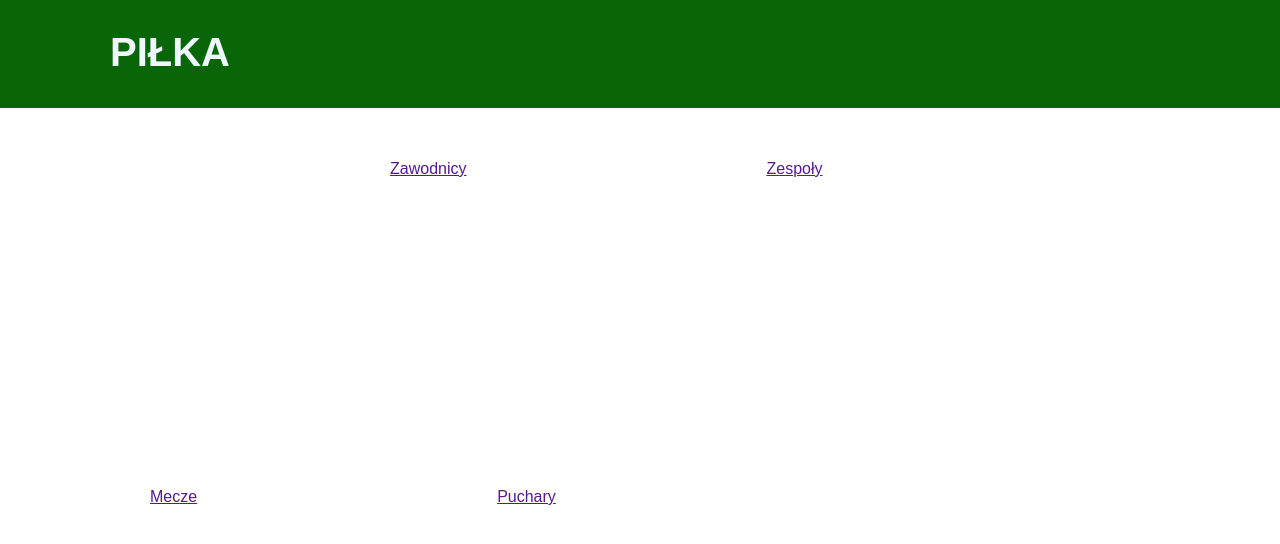
Repository: ZABA78/PAZW
Page: index.html
An editor plug-in stored every save of this project. The page is shown before and after the next save, followed by the edit.
The browser window is 1280 px wide. The pictures show the whole page.
Some web fonts or font styles are not loaded; a fallback is used.

Above is the page before, as saved 2023-10-17 14:04:57.

### index.html
<!DOCTYPE html>
<html lang="en">
<head>
    <meta charset="UTF-8">
    <meta http-equiv="X-UA-Compatible" content="IE=edge">
    <meta name="viewport" content="width=device-width, initial-scale=1.0">
    <link rel="stylesheet" href="style.css">
    <title>Piłka</title>
    <style>
        @import url('https://fonts.googleapis.com/css2?family=Tilt+Neon&display=swap');
        </style>
</head>
<body>
    <header>
        <!--<img src="pilka.png" alt="logo" class = "logo">--><h1>PIŁKA</h1>
        <nav>
            <a href="">Zawodnicy</a>
            <a href="">Zespoły</a>
            <a href="">Mecze</a>
            <a href="">Puchary</a>
        </nav>
    </header>
</body>
</html>

### style.css
*
{
    font-family: 'Tilt Neon', sans-serif;
    margin:0;
    padding: 0;
    box-sizing: border-box;

}
.logo
{
    height: 100vh;

}
h1
{
    padding: 10px;
    font-size: 40px;
    float: left;
    margin-left: 100px;
    margin-top: 20px;
}
header
{
    background-color: rgb(8, 102, 8);
    height: 15vh;
    color: aliceblue;
}
a
{
padding: 150px;
text-align: center;
margin-top: 10px;
float: left;
}

After the next save:
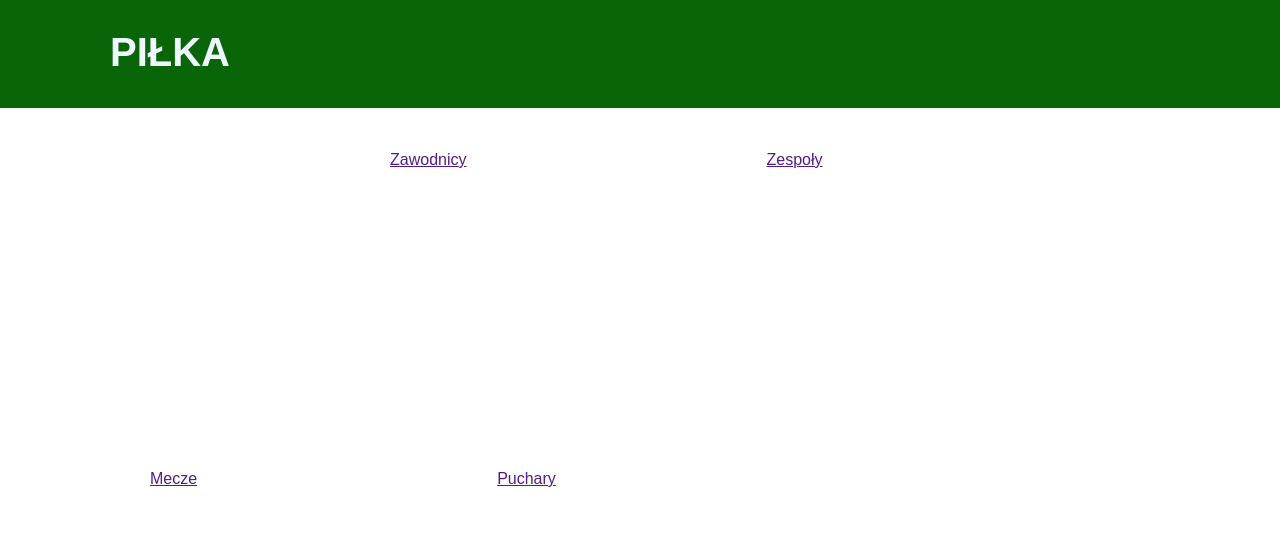
Saved 6 s later.
--- a/style.css
+++ b/style.css
@@ -29,6 +29,6 @@ a
 {
 padding: 150px;
 text-align: center;
-margin-top: 10px;
+margin-top: 1px;
 float: left;
 }
